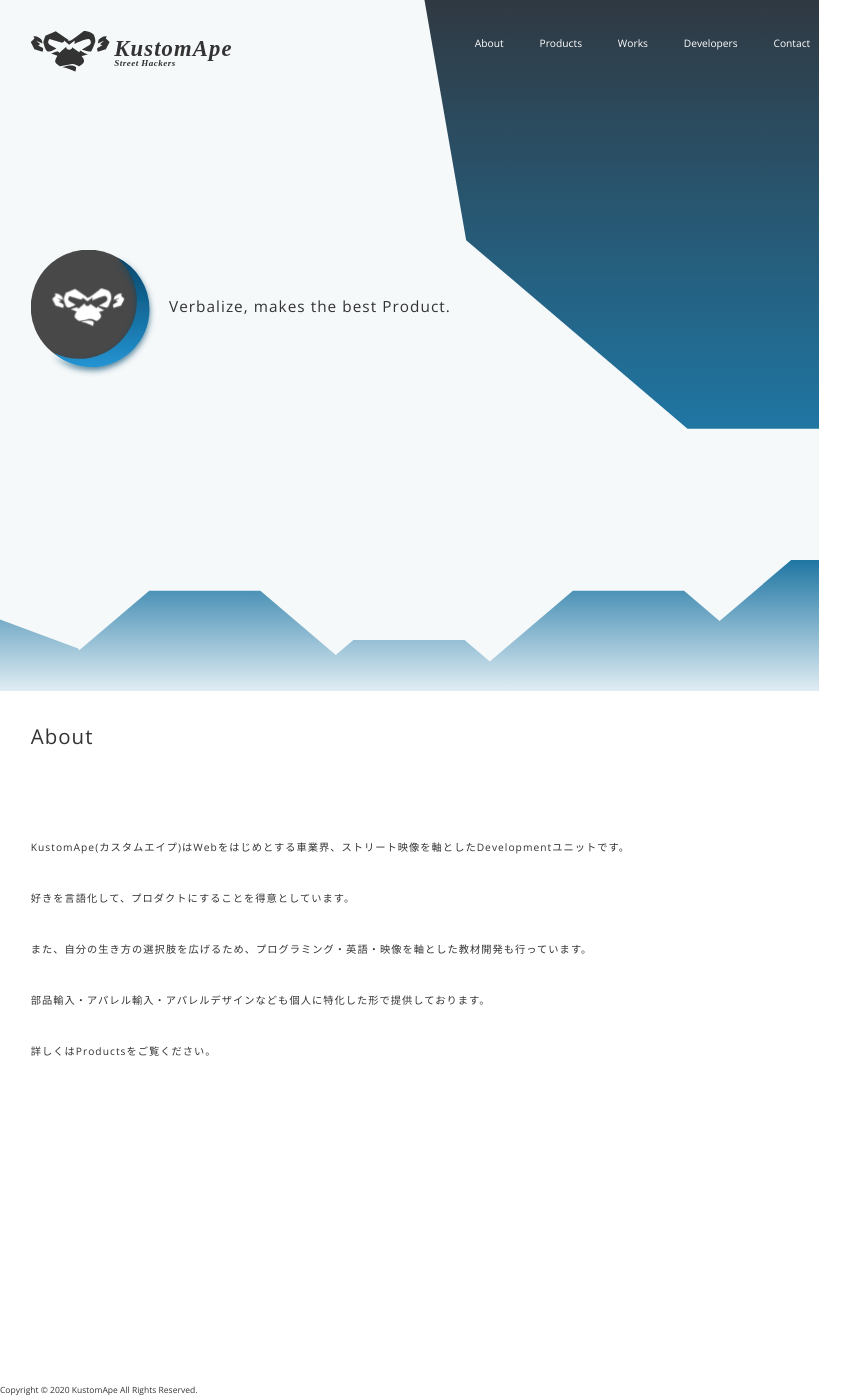
Repository: AirDepot/web
Page: index.html
These files come from the project's save history. The page is drawn as it stood at one moment and after the next save; the edit follows.
The browser window is 1280 px wide. The page is 1328 px wide, so the pictures cover 1328 px, including what lies to the right of the window. The pictures show the whole page, at 64% of full size.

Above is the page before, as saved 2020-02-11 23:20:55.

After the next save:
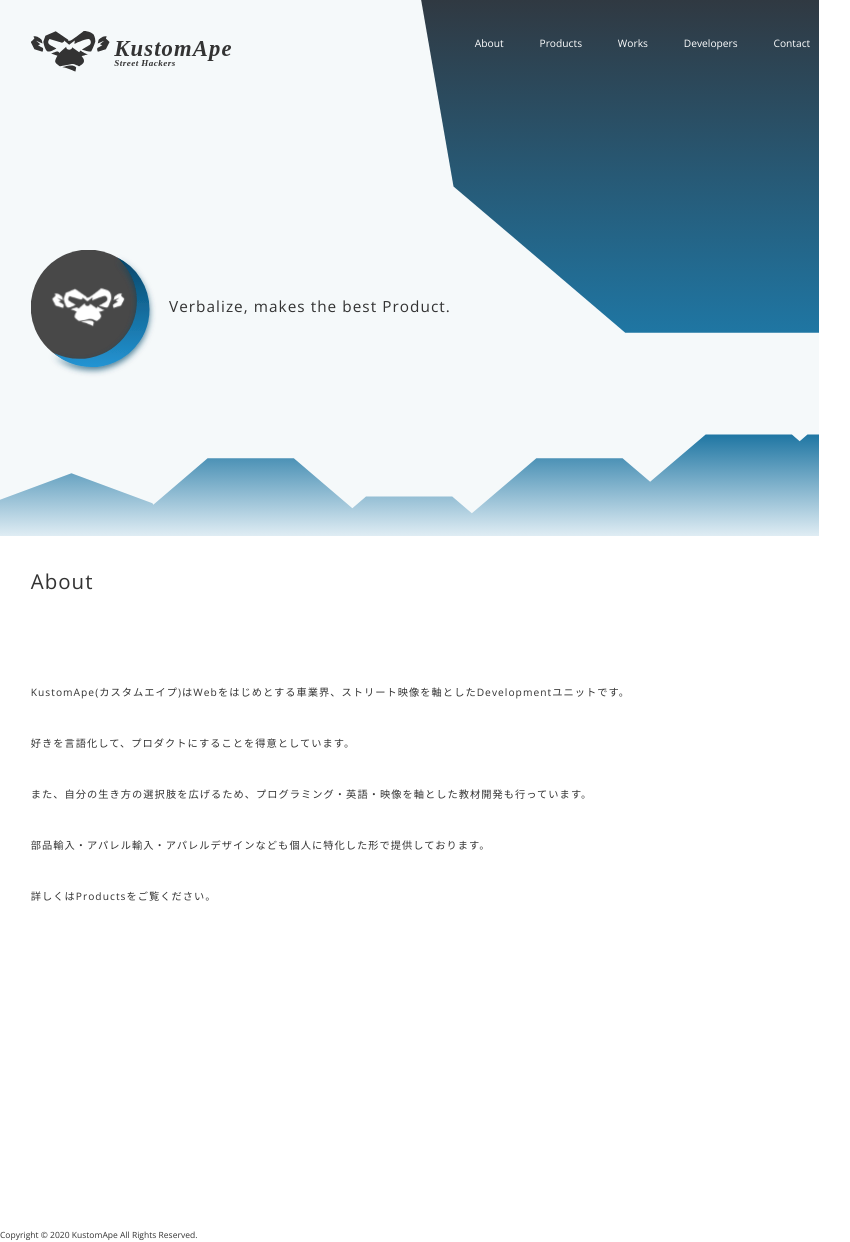
Saved 33 s later.
--- a/assets/css/common.css
+++ b/assets/css/common.css
@@ -33,7 +33,7 @@
 
 div#home {
     width: 100%;
-    height: 1080px;
+    height: auto;
     background-image: url(../img/wrap_bg.svg);
     background-position: center top;
     background-repeat: no-repeat;

After the save that followed:
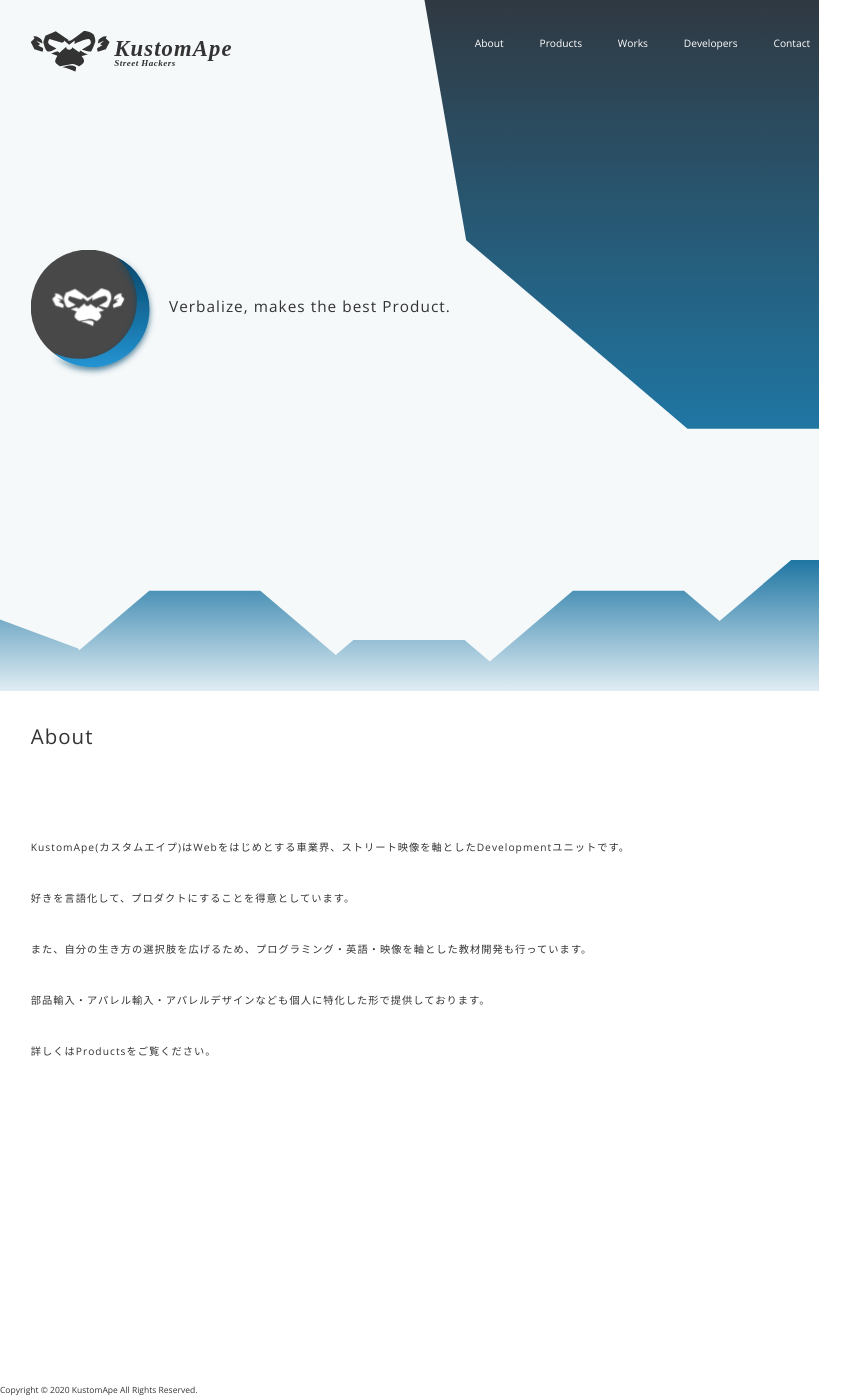
Saved 10 s later.
--- a/assets/css/common.css
+++ b/assets/css/common.css
@@ -33,7 +33,7 @@
 
 div#home {
     width: 100%;
-    height: auto;
+    height: 1080px;
     background-image: url(../img/wrap_bg.svg);
     background-position: center top;
     background-repeat: no-repeat;
